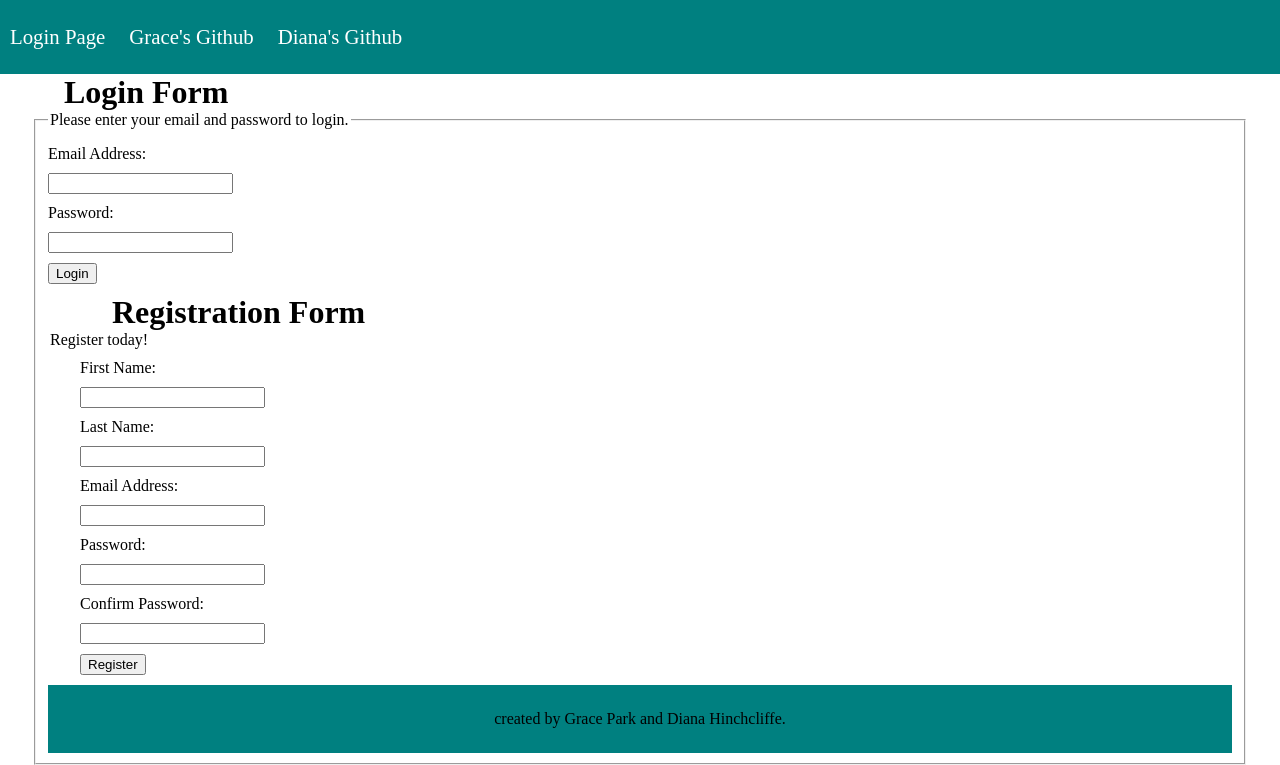
Repository: developergrace/cosw30
Page: http://localhost/labwork/lab2/login.php
The author's editor kept a record of every edit. The page is drawn from the files as they stood at one moment, then again after the next edit.
The browser window is 1280 px wide. The pictures show the whole page.
The page is run by PHP 8.4 with error messages shown; the project is at /var/www/html/.

Above is the page before.

### labwork/lab2/login.php
<!doctype HTML>
<html>
    <head>
        <meta charset="utf-8">
        <title>Login Page</title>
        <style>
            body {
            margin: 0;
            }
            label, button {
                display: block;
                margin: 10px 0;
            }
            header, footer {
                background-color: teal;
                padding: 25px 0;
            }
            a {
                margin: 0 10px;
                color: white;
                text-decoration: none;
                font-size: 1.3em;
            }
            a:hover {
                color: silver;
            }

            h1, body p, form {
                margin: 0 2em;
            }

            footer p {
                text-align: center;
            }

        </style>
    </head>
    <body>
        <header>
            <a href="/">Login Page</a>
            <a href="https://github.com/developergrace" target="_blank">Grace's Github</a>
            <a href="https://github.com/rockondiana0416" target="_blank">Diana's Github</a>
        </header>

        <h1>Login Form</h1>
        <form method="POST" action="process_login.php">
            <fieldset><legend>Please enter your email and password to login.</legend>
            <label for="log_email">Email Address:</label>
            <input name="email" id="log_email" type="email" required>

            <label for="log_pass">Password:</label>
            <input name="password" id="log_pass" type="password" required>

            <input type="hidden" value="login" name="type">

            <button>Login</button>
        </form>

        <h1>Registration Form</h1>
        <legend>Register today!</legend>
        <form method="POST" action="process_login.php">
            <label for="first_name">First Name:</label>
            <input name="first_name" id="first_name" type="text" required>

            <label for="last_name">Last Name:</label>
            <input name="last_name" id="last_name" type="text" required>

            <label for="reg_email">Email Address:</label>
            <input name="email" id="reg_email" type="email" required>

            <label for="reg_pass">Password:</label>
            <input name="password" id="reg_pass" type="password" required>

            <label for="confirm_pass">Confirm Password:</label>
            <input name="confirm_pass" id="confirm_pass" type="password" required>

            <input type="hidden" value="register" name="type">

            <button>Register</button>
        </form>

        <footer>
            <p>created by Grace Park and Diana Hinchcliffe.</p>
        </footer>


    </body>
</html>

After the next edit:
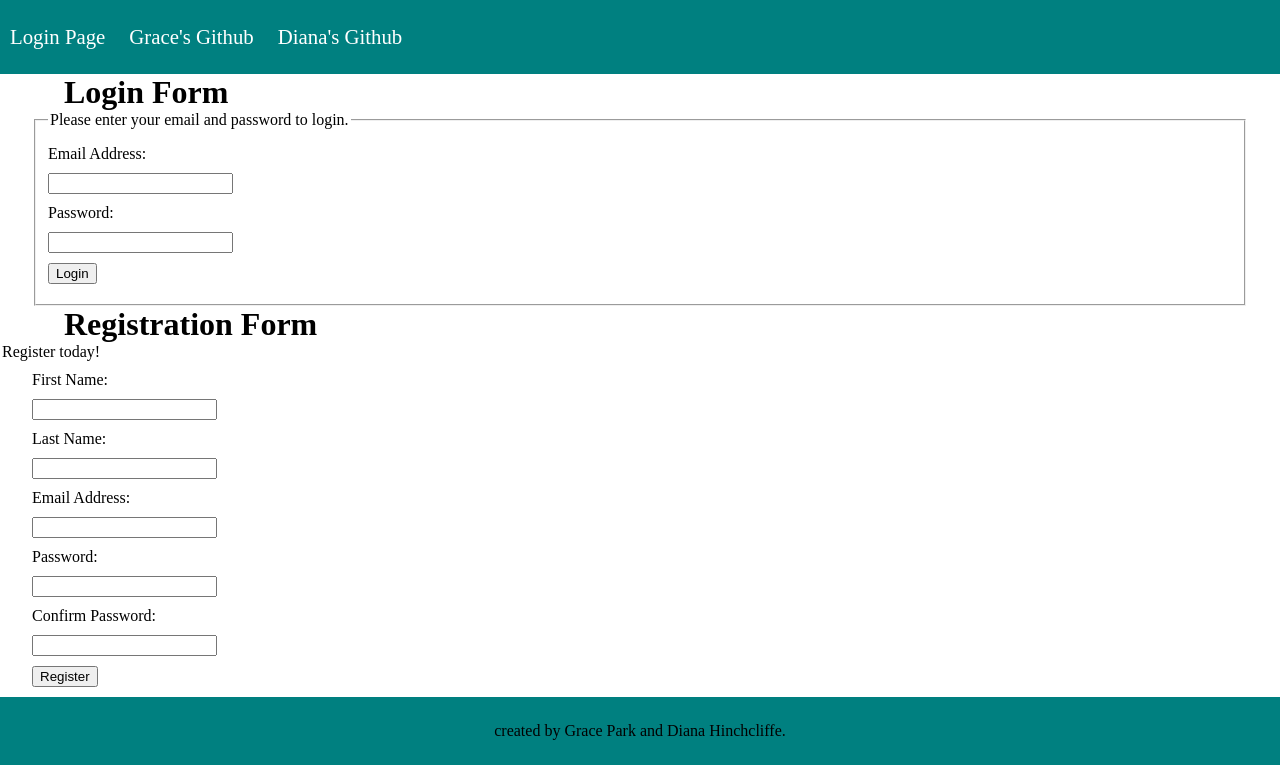
The edit:
--- a/labwork/lab2/login.php
+++ b/labwork/lab2/login.php
@@ -54,7 +54,7 @@
             <input type="hidden" value="login" name="type">
 
             <button>Login</button>
-        </form>
+        </fieldset></form>
 
         <h1>Registration Form</h1>
         <legend>Register today!</legend>
